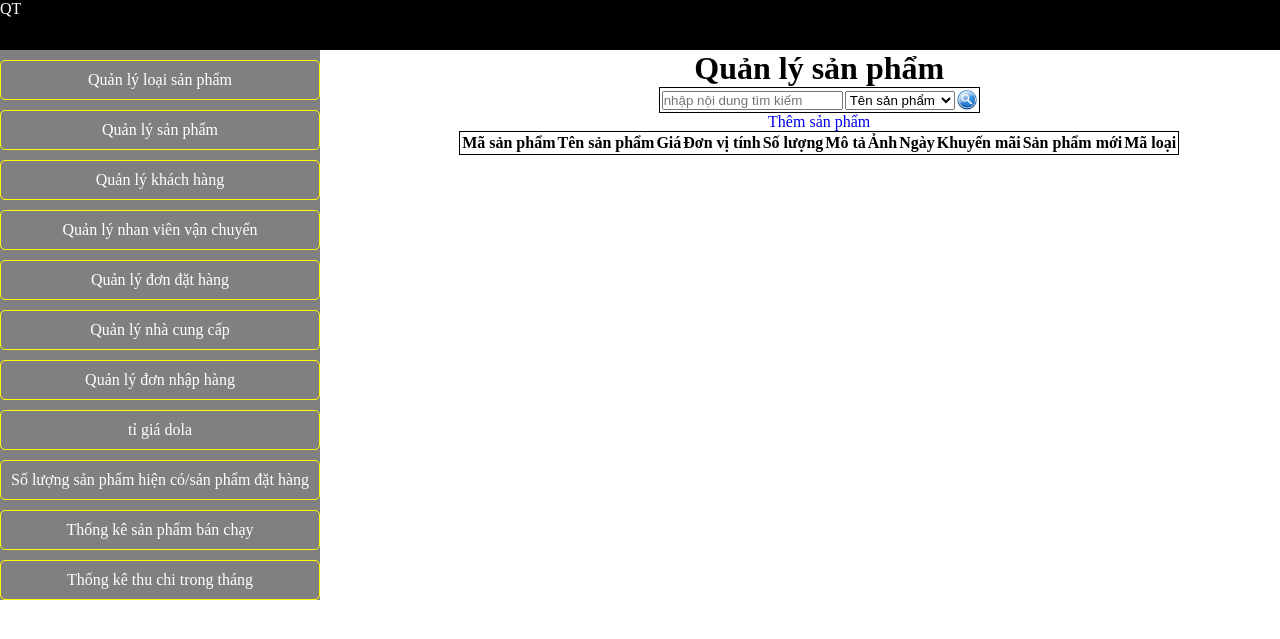
Repository: tranminhtam92/web
Page: http://localhost/demoview/Adminproduct?key=view
These files come from the project's save history. The page is drawn as it stood at one moment and after the next save; the edit follows.
The browser window is 1280 px wide. The pictures show the whole page.
The page is served by Tomcat 9. Queries for data that is not in the repository find no rows.

Above is the page before, as saved 2016-12-27 06:53:13.

After the next save:
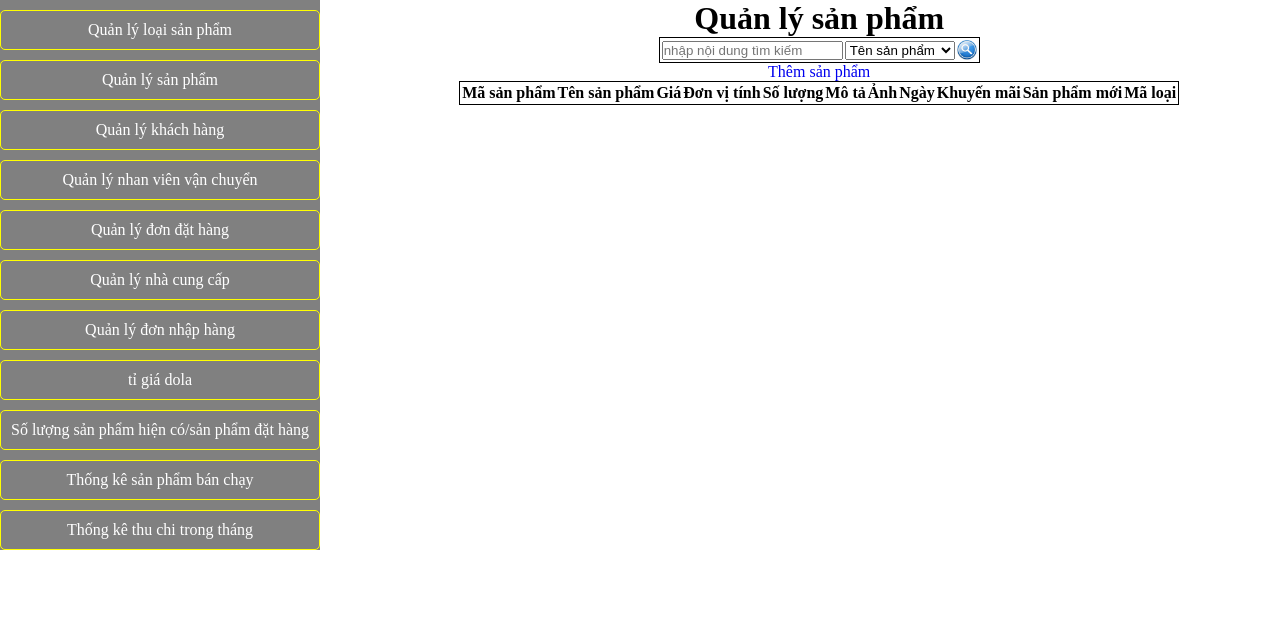
Saved 9 min 54 s later.
--- a/Code/demoview/WebContent/admin/headeradmin.jsp
+++ b/Code/demoview/WebContent/admin/headeradmin.jsp
@@ -1,5 +1,6 @@
 <%@ page language="java" contentType="text/html; charset=ISO-8859-1"
     pageEncoding="ISO-8859-1"%>
+         <%@ taglib uri="http://java.sun.com/jsp/jstl/core" prefix="c"%>
 <!DOCTYPE html PUBLIC "-//W3C//DTD HTML 4.01 Transitional//EN" "http://www.w3.org/TR/html4/loose.dtd">
 <html>
 <head>
@@ -7,10 +8,24 @@
 <title>Insert title here</title>
 </head>
 <body>
-<div class="header">
-<ul>
-<li>QT</li>
-</ul>
-</div>
+<div class="nav">
+			<div id="menu">
+				<ul>
+
+				</ul>
+			</div>
+			<div id="account">
+
+
+				<ul>
+				<li>${sesionScope.name}</a>
+
+
+				</ul>
+
+
+			</div>
+
+		</div>
 </body>
 </html>
